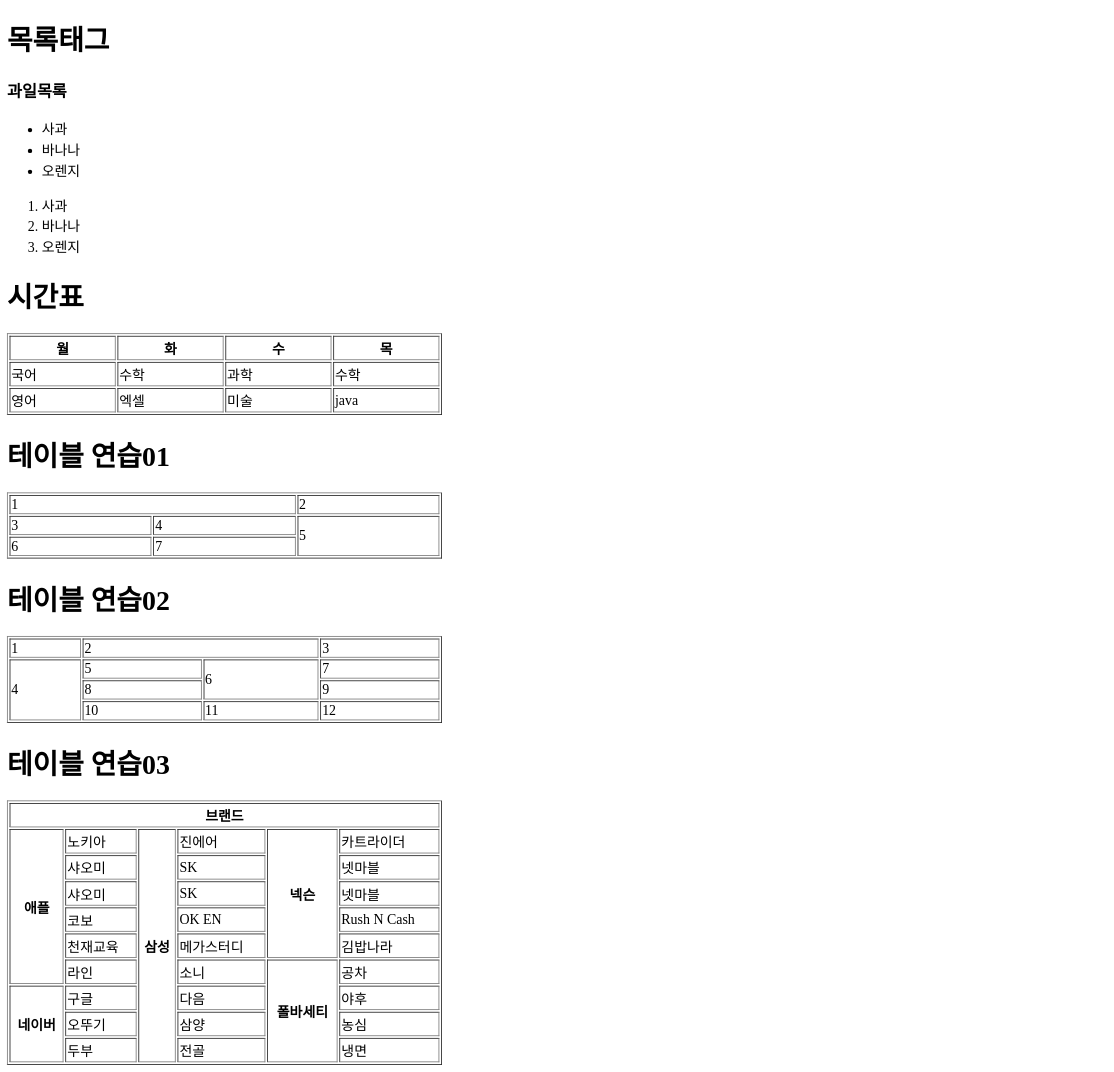
Repository: blinggg/html_git
Page: 0406/ex0406/WebContent/ex04.html
An editor plug-in stored every save of this project. The page is shown before and after the next save, followed by the edit.
The browser window is 1280 px wide. The pictures show the whole page, at 87% of full size.

Above is the page before, as saved 2020-04-06 05:35:51.

After the next save:
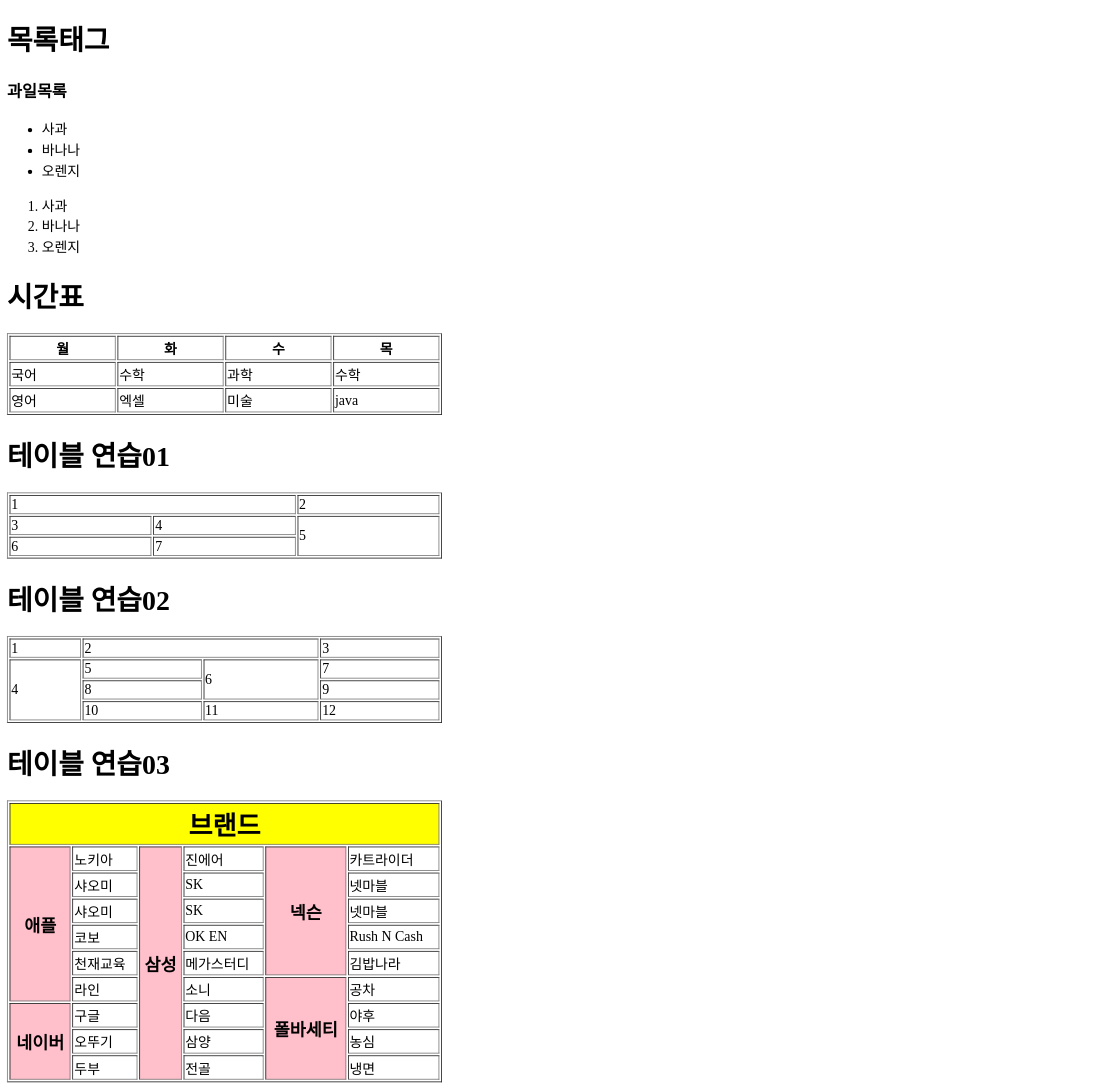
Saved 17 min 14 s later.
--- a/0406/ex0406/WebContent/ex04.html
+++ b/0406/ex0406/WebContent/ex04.html
@@ -3,6 +3,10 @@
 <head>
 <meta charset="UTF-8">
 <title>연습4</title>
+<style>
+	#mainTitle{background:yellow;font-size:30px;heigth:50px;}
+	.title{background:pink; font-size:20px;}
+</style>
 </head>
 <body>
 	<h1>목록태그</h1>
@@ -93,15 +97,15 @@
 		<h1>테이블 연습03</h1>
 		<table border=1 width=500>
 		<tr>
-		<th colspan=6>브랜드</th>
+		<th id="mainTitle"colspan=6>브랜드</th>
 		</tr>
 
 		<tr>
-		<th rowspan=6>애플</th>
+		<th rowspan=6 class="title">애플</th>
 		<td>노키아</td>
-		<th rowspan=9>삼성</th>
+		<th rowspan=9 class="title">삼성</th>
 		<td>진에어</td>
-		<th rowspan=5>넥슨</th>
+		<th rowspan=5 class="title">넥슨</th>
 		<td>카트라이더</td>
 		</tr>
 
@@ -132,12 +136,12 @@
 		<tr>
 		<td>라인</td>
 		<td>소니</td>
-		<th rowspan=4>폴바세티</th>
+		<th rowspan=4 class="title">폴바세티</th>
 		<td>공차</td>
 		</tr>
 
 		<tr>
-		<th rowspan=3>네이버</th>
+		<th rowspan=3 class="title">네이버</th>
 		<td>구글</td>
 		<td>다음</td>
 		<td>야후</td>
